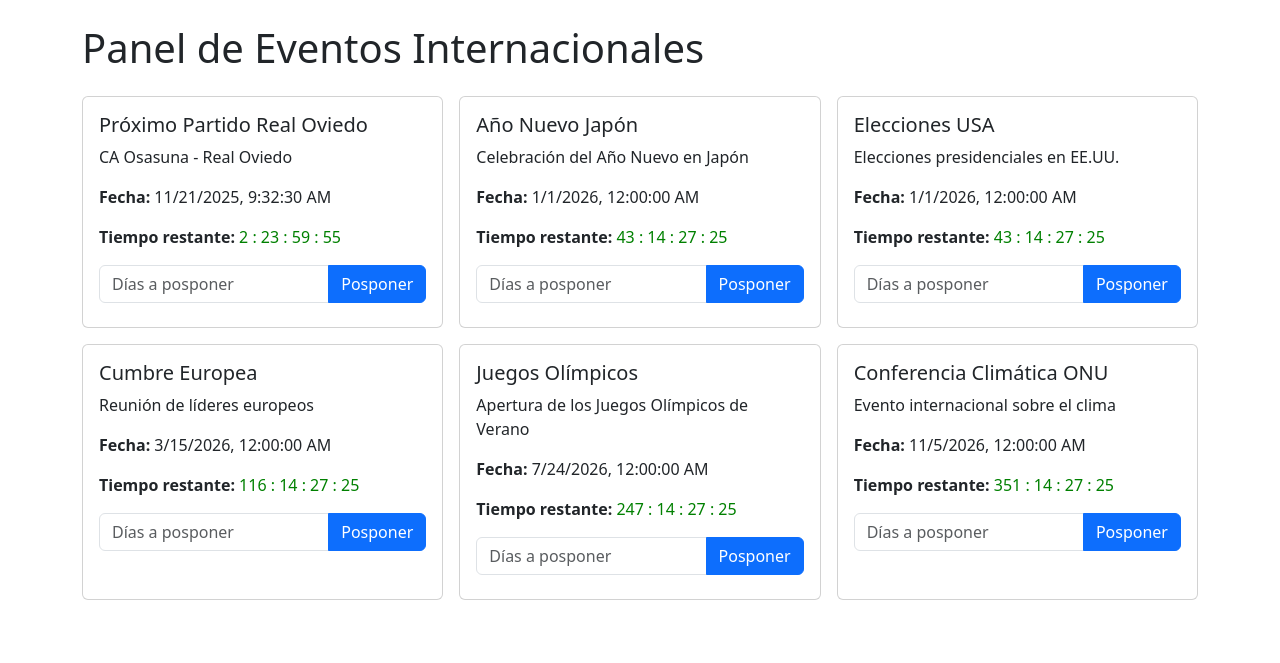
Repository: osoriomrs/DWEC
Page: EJER_16/Ejercicio2/index.html
An editor plug-in stored every save of this project. The page is shown before and after the next save, followed by the edit.
The browser window is 1280 px wide. The pictures show the whole page.

Above is the page before, as saved 2026-01-14 11:02:40.

After the next save:
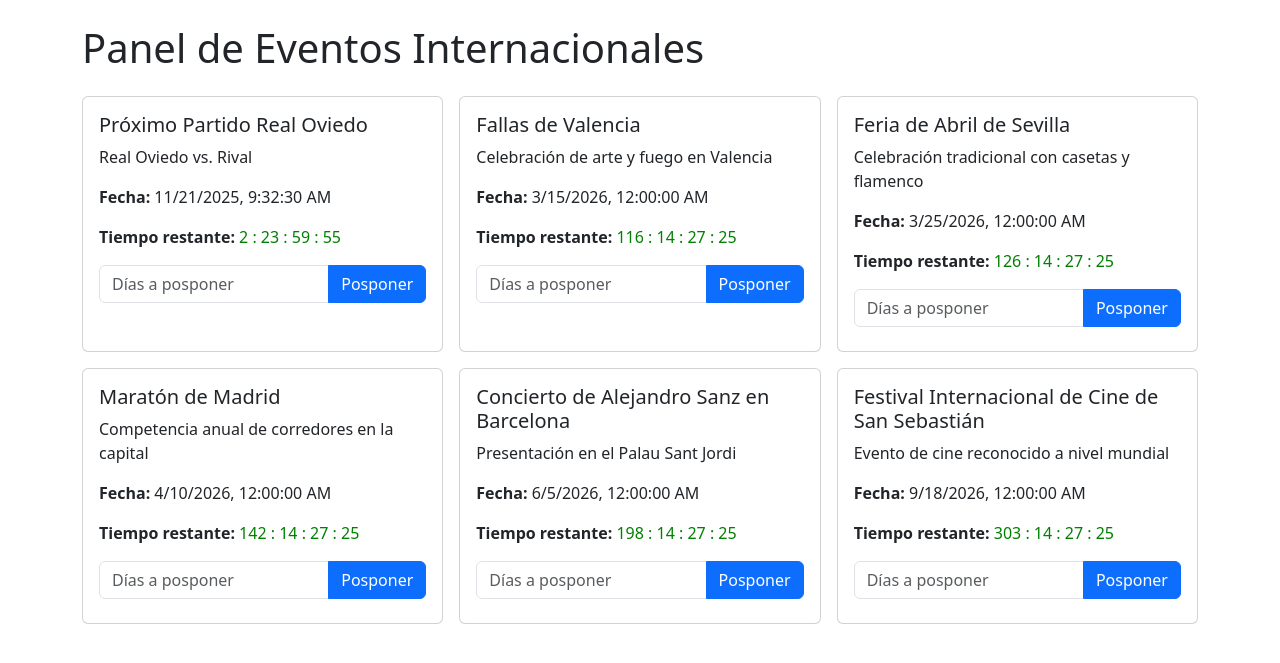
Saved 2 min 33 s later.
--- a/EJER_16/Ejercicio2/scripts/app.js
+++ b/EJER_16/Ejercicio2/scripts/app.js
@@ -13,13 +13,14 @@ const ahora = new Date()
 const tresDiasDespues = new Date(ahora.getTime() + 3 * 24 * 60 * 60 * 1000)
 
 let eventos = [
-  { nombre: "Año Nuevo Japón", descripcion: "Celebración del Año Nuevo en Japón", fecha: crearFecha("2026-01-01") },
-  { nombre: "Cumbre Europea", descripcion: "Reunión de líderes europeos", fecha: crearFecha(2026, 3, 15) },
-  { nombre: "Elecciones USA", descripcion: "Elecciones presidenciales en EE.UU.", fecha: crearFecha(1767225600000) },
-  { nombre: "Juegos Olímpicos", descripcion: "Apertura de los Juegos Olímpicos de Verano", fecha: crearFecha("2026-07-24") },
-  { nombre: "Conferencia Climática ONU", descripcion: "Evento internacional sobre el clima", fecha: crearFecha(2026, 11, 5) },
-  { nombre: "Próximo Partido Real Oviedo", descripcion: "CA Osasuna - Real Oviedo", fecha: tresDiasDespues }
+  { nombre: "Maratón de Madrid", descripcion: "Competencia anual de corredores en la capital", fecha: crearFecha("2026-04-10") },
+  { nombre: "Feria de Abril de Sevilla", descripcion: "Celebración tradicional con casetas y flamenco", fecha: crearFecha(2026, 3, 25) },
+  { nombre: "Festival Internacional de Cine de San Sebastián", descripcion: "Evento de cine reconocido a nivel mundial", fecha: crearFecha("2026-09-18") },
+  { nombre: "Concierto de Alejandro Sanz en Barcelona", descripcion: "Presentación en el Palau Sant Jordi", fecha: crearFecha(2026, 6, 5) },
+  { nombre: "Próximo Partido Real Oviedo", descripcion: "Real Oviedo vs. Rival", fecha: tresDiasDespues },
+  { nombre: "Fallas de Valencia", descripcion: "Celebración de arte y fuego en Valencia", fecha: crearFecha("2026-03-15") }
 ]
+
 
 function ordenarEventos() {
   eventos.sort((a, b) => a.fecha - b.fecha)
